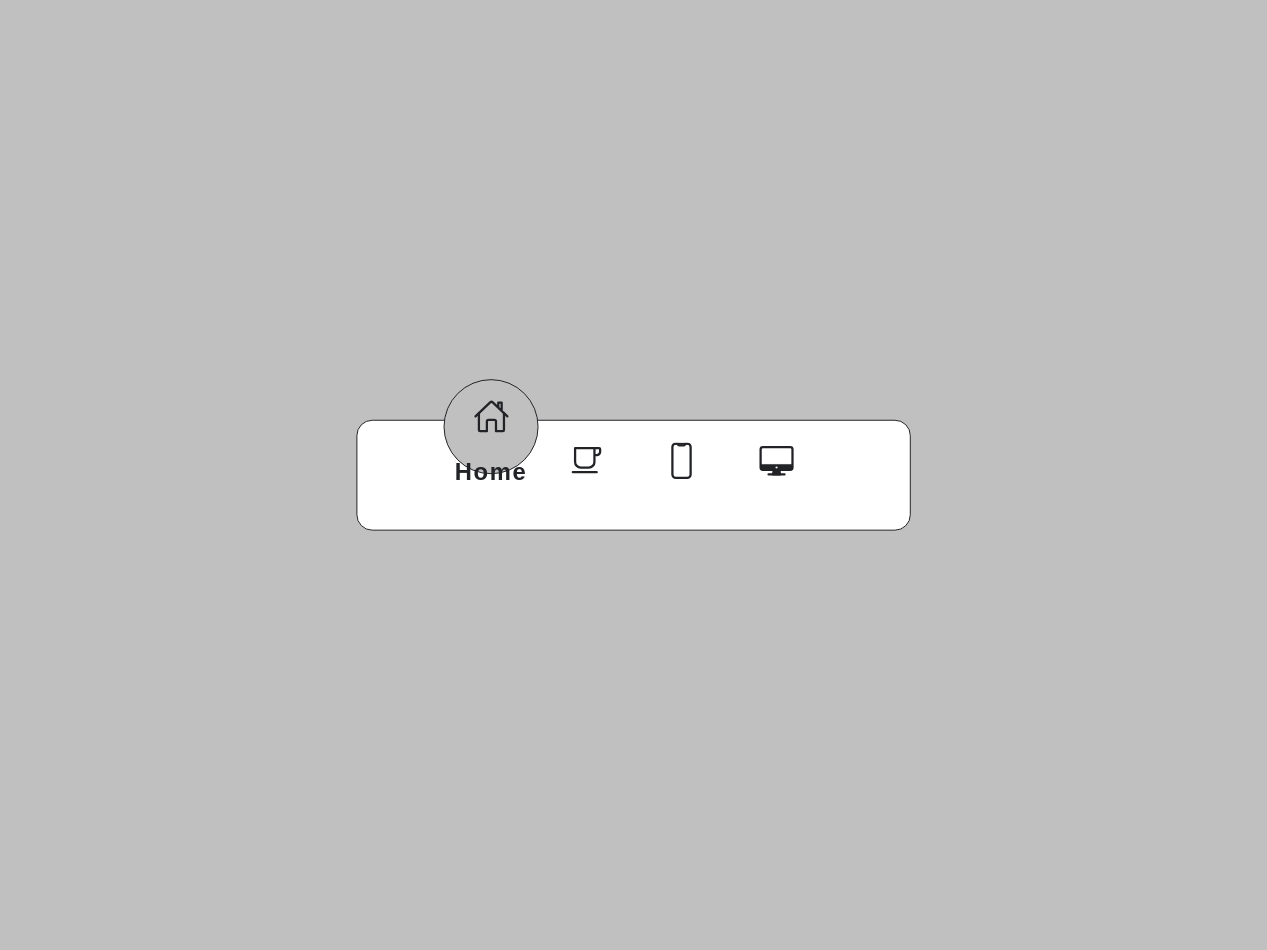
Repository: DevJoeYC/Metabukcs
Page: http://localhost/metabucks/
An editor plug-in stored every save of this project. The page is shown before and after the next save, followed by the edit.
The browser window is 1280 px wide. The pictures show the whole page, at 99% of full size.
The page is served by Tomcat 9.

Above is the page before, as saved 2022-05-27 01:12:42.

After the next save:
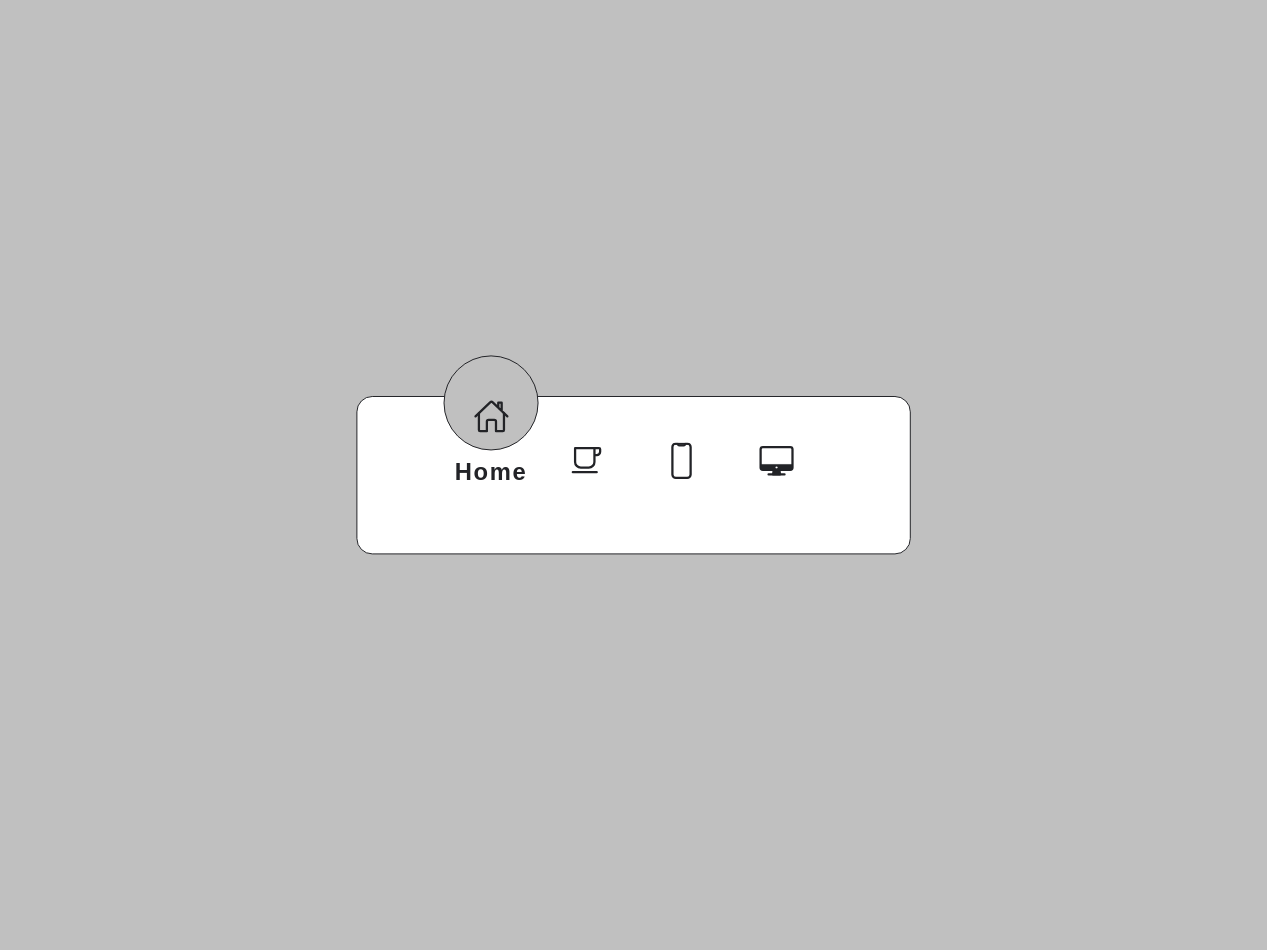
Saved 9 s later.
--- a/metabucks/WebContent/show/test.css
+++ b/metabucks/WebContent/show/test.css
@@ -23,7 +23,7 @@ body
 {
 	position: relative;
 	width: 35rem;
-	height: 7rem;
+	height: 10rem;
 	background: #fff;
 	display: flex;
 	justify-content: center;
